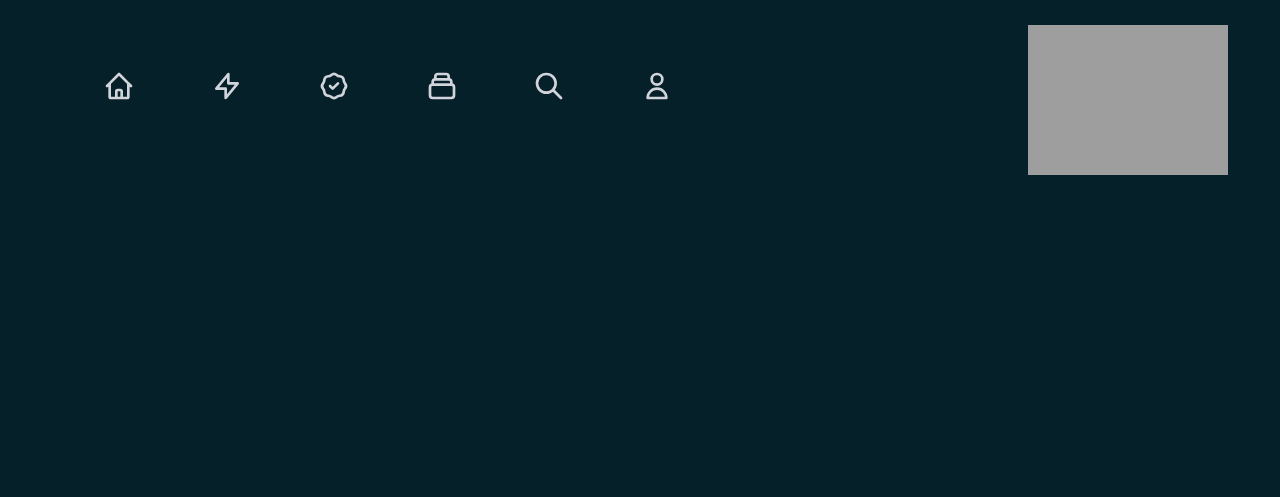
Repository: Delos-343/Hulu-2.0
Page: /
An editor plug-in stored every save of this project. The page is shown before and after the next save, followed by the edit.
The browser window is 1280 px wide. The pictures show the whole page.
Pictures or frames that could not be fetched are drawn as grey boxes. The project was rebuilt for these pictures with package versions that can differ from the ones it lists, and the page was loaded fresh each time. The framework's server and built-in components were replaced by stand-ins that run in the browser. Also part of the build but not shown: next.config.js. Imported but missing from the stored project, and not drawn on this page: components/utilities/requests.js.

Above is the page before, as saved 2022-04-07 05:21:55.

### pages/index.js
import Head from 'next/head'
import styles from '../styles/Home.module.css'
import Header from '../components/Header'
import Nav from '../components/Nav'

export default function Home() {
  return (
    <div className={styles.container}>
      <Head>
        <title>Create Next App</title>
        <meta name="description" content="A personal starter project for NEXT.JS" />
        <link rel="icon" href="/favicon.ico" />
      </Head>

      <Header />
      <Nav />


      {/* Results.section */}



    </div>
  )
}

### styles/globals.css
@tailwind base;
@tailwind components;
@tailwind utilities;

@layer base {
  body {
    @apply bg-[#06202a] text-gray-300;
  }
}

### components/Header.jsx
import React from 'react'
import Image from 'next/image'
import HeaderItem from './HeaderItem'

import { BadgeCheckIcon, CollectionIcon, HomeIcon,
         LightningBoltIcon, SearchIcon, UserIcon } from '@heroicons/react/outline'

function Header() {
  return (
    <header className='flex flex-colsm:flex-row m-5 justify-between
    items-center h-auto'>
        <div className='flex flex-grow justify-evenly max-w-2xl'>
          <HeaderItem title='HOME' Icon={HomeIcon} />
          <HeaderItem title='TRENDING' Icon={LightningBoltIcon} />
          <HeaderItem title='VERIFIED' Icon={BadgeCheckIcon} />
          <HeaderItem title='COLLECTIONS' Icon={CollectionIcon} />
          <HeaderItem title='SEARCH' Icon={SearchIcon} />
          <HeaderItem title='ACCOUNT' Icon={UserIcon} />
        </div>
        <Image
        className='object-contain'
        src='https://i.postimg.cc/T13jh1vV/IDe-Text-White-3rd-Version-copy-2.png'
        width={200}
        height={160}
        />
    </header>
  )
}

export default Header

### components/Nav.jsx
import React from 'react'
import requests from './utilities/requests.js'

function Nav() {
  return (
    <nav>
        <div>
          {Object.entries(requests)}
        </div>
    </nav>
  )
}

export default Nav

### components/HeaderItem.jsx
import React from 'react'

function HeaderItem({ Icon, title }) {
  return (
    <div className='flex flex-col items-center cursor-pointer group
                    w-12 sm:w-20 hover:text-white'>

      <Icon className='h-8 mb-1 group-hover:animate-bounce' />

      <p className='opacity-0 group-hover:opacity-100
                    tracking-widest'>
        {title}
      </p>
    </div>
  )
}

export default HeaderItem

### utils/requests.js
const API_KEY = process.env.API_KEY;

export default {
    fetchTrending: {
        title: 'Trending',
        url: '/trending/all/week?api_key=${API_KEY}&language=en-US'
    },
    fetchTopRated: {
        title: 'Top Rated',
        url: '/movie/top_rated/week?api_key=${API_KEY}&language=en-US'
    },
    fetchActionMovies: {
        title: 'Action',
        url: '/discover/movie/week?api_key=${API_KEY}&with_genres=20'
    },
    fetchComedyMovies: {
        title: 'Comedy',
        url: '/discover/movie/week?api_key=${API_KEY}&with_genres=35'
    },
    fetchHorrorMovies: {
        title: 'Horror',
        url: '/discover/movie/week?api_key=${API_KEY}&with_genres=27'
    },
    fetchRomanceMovies: {
        title: 'Romance',
        url: '/discover/movie/week?api_key=${API_KEY}&with_genres=10749'
    },
    fetchMystery: {
        title: 'Mystery',
        url: '/discover/movie/week?api_key=${API_KEY}&with_genres=9648'
    },
    fetchSciFi: {
        title: 'Sci-Fi',
        url: '/discover/movie/week?api_key=${API_KEY}&with_genres=870'
    },
    fetchWestern: {
        title: 'Western',
        url: '/discover/movie/week?api_key=${API_KEY}&with_genres=37'
    },
    fetchAnimation: {
        title: 'Animation',
        url: '/discover/movie/week?api_key=${API_KEY}&with_genres=16'
    },
    fetchTV: {
        title: 'TV Series',
        url: '/discover/movie/week?api_key=${API_KEY}&with_genres=10770'
    },
}

Loaded but not shown: pages/_app.js (common file); styles/Home.module.css (common file); tailwind.config.js (common file)

After the next save:
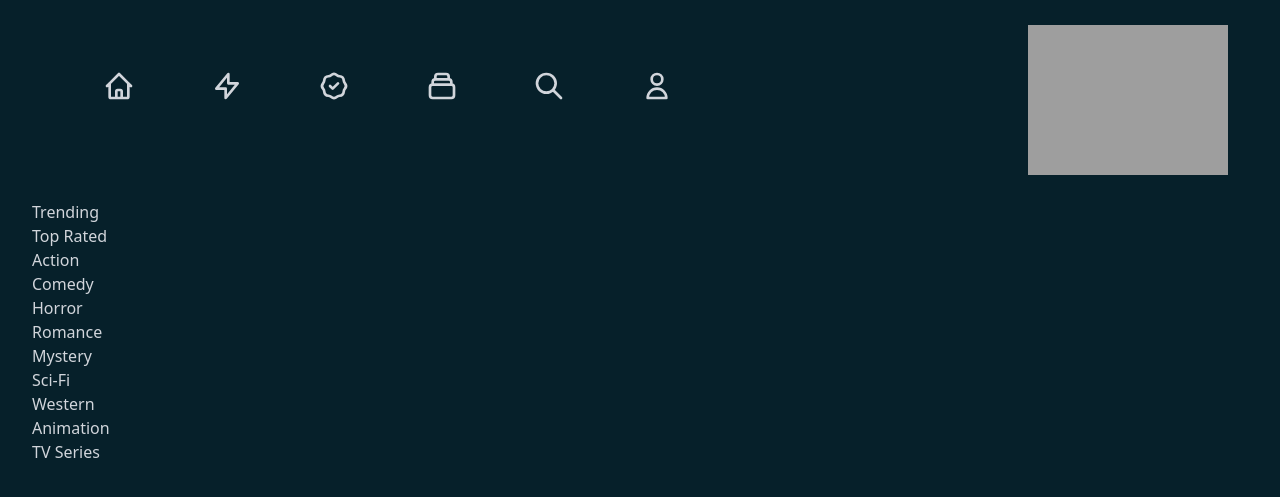
Saved 76 s later.
--- a/components/Nav.jsx
+++ b/components/Nav.jsx
@@ -1,11 +1,13 @@
 import React from 'react'
-import requests from './utilities/requests.js'
+import req from '../utils/requests'
 
 function Nav() {
   return (
     <nav>
         <div>
-          {Object.entries(requests)}
+          {Object.entries(req).map(([key, { title, url }]) => (
+            <h2> {title} </h2>
+          ))}
         </div>
     </nav>
   )
